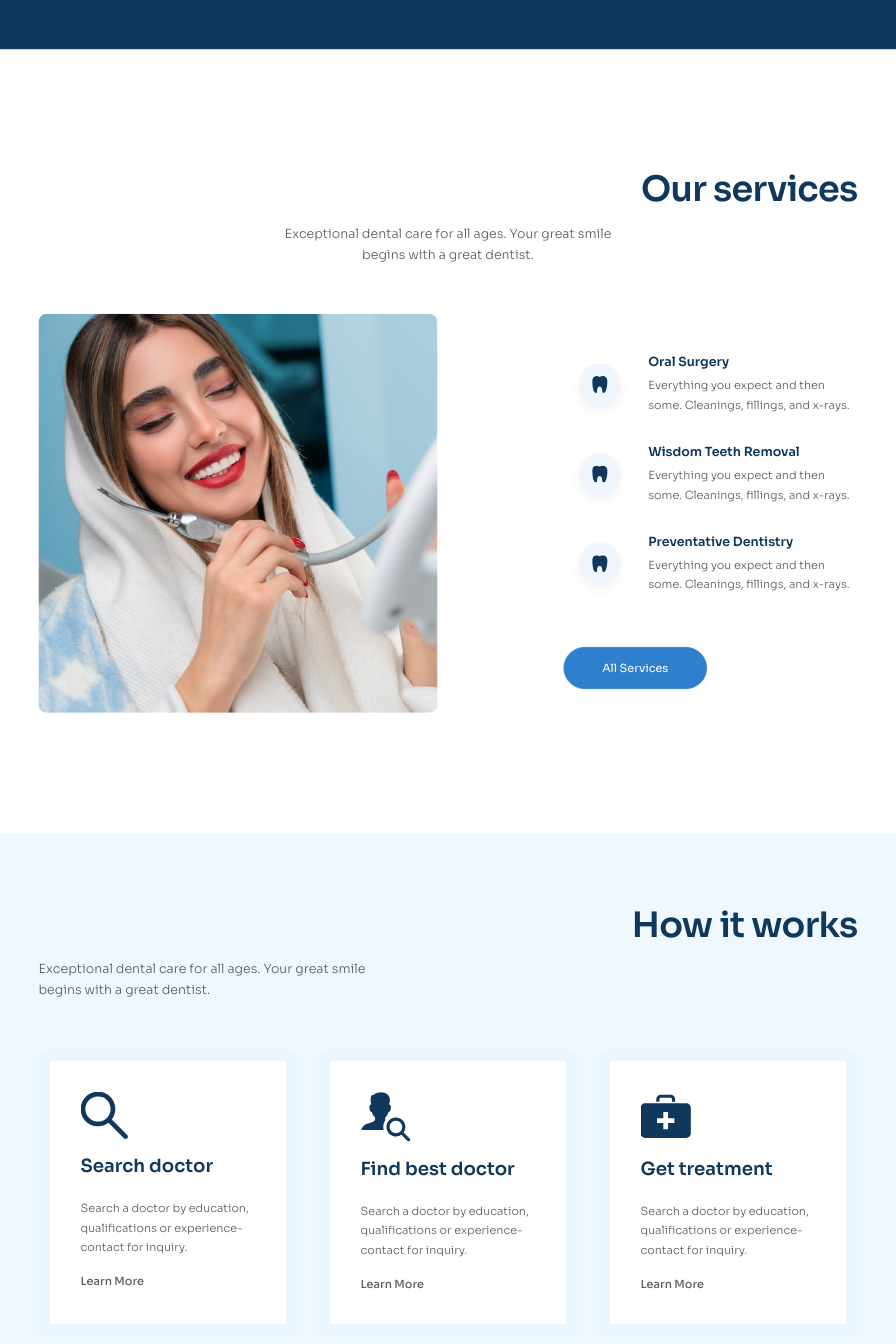
Repository: han2003dz/f8-project-03
Page: index.html
These files come from the project's save history. The page is drawn as it stood at one moment and after the next save; the edit follows.
The browser window is 1280 px wide. The pictures show the part of the page from y = 695 to 2615 px (the page is 6000 px tall), at 70% of full size.

Above is the page before, as saved 2023-05-06 21:56:29.

### index.html
<!DOCTYPE html>
<html lang="en">

<head>
    <meta charset="UTF-8">
    <meta http-equiv="X-UA-Compatible" content="IE=edge">
    <meta name="viewport" content="width=device-width, initial-scale=1.0">
    <title>Shine Smile</title>
    <!-- favicon -->
    <link rel="apple-touch-icon" sizes="57x57" href="./assets/favicon/apple-icon-57x57.png">
    <link rel="apple-touch-icon" sizes="60x60" href="./assets/favicon/apple-icon-60x60.png">
    <link rel="apple-touch-icon" sizes="72x72" href="./assets/favicon/apple-icon-72x72.png">
    <link rel="apple-touch-icon" sizes="76x76" href="./assets/favicon/apple-icon-76x76.png">
    <link rel="apple-touch-icon" sizes="114x114" href="./assets/favicon/apple-icon-114x114.png">
    <link rel="apple-touch-icon" sizes="120x120" href="./assets/favicon/apple-icon-120x120.png">
    <link rel="apple-touch-icon" sizes="144x144" href="./assets/favicon/apple-icon-144x144.png">
    <link rel="apple-touch-icon" sizes="152x152" href="./assets/favicon/apple-icon-152x152.png">
    <link rel="apple-touch-icon" sizes="180x180" href="./assets/favicon/apple-icon-180x180.png">
    <link rel="icon" type="image/png" sizes="192x192" href="./assets/favicon/android-icon-192x192.png">
    <link rel="icon" type="image/png" sizes="32x32" href="./assets/favicon/favicon-32x32.png">
    <link rel="icon" type="image/png" sizes="96x96" href="./assets/favicon/favicon-96x96.png">
    <link rel="icon" type="image/png" sizes="16x16" href="./assets/favicon/favicon-16x16.png">
    <link rel="manifest" href="./assets/favicon/manifest.json">
    <meta name="msapplication-TileColor" content="#ffffff">
    <meta name="msapplication-TileImage" content="./assets/favicon/ms-icon-144x144.png">
    <meta name="theme-color" content="#ffffff">
    <!-- embed font -->
    <link rel="preconnect" href="https://fonts.googleapis.com">
    <link rel="preconnect" href="https://fonts.gstatic.com" crossorigin>
    <link href="https://fonts.googleapis.com/css2?family=Sora:wght@300;400;500;600;700&display=swap" rel="stylesheet">
    <!-- my css -->
    <link rel="stylesheet" href="/assets/css/reset.css">
    <link rel="stylesheet" href="/assets/css/style.css">
</head>

<body style="height: 6000px;">
    <header class="header">
        <div class="container">
            <!-- nav -->
            <div class="navigation">
                <a href="#!">
                    <div class="logo">
                        <span class="logo__circle"></span>
                        <span class="logo__text">
                            <span class="logo__brand">shine</span>
                            <span class="logo__brand logo__brand--small">smile</span>
                        </span>
                    </div>
                </a>
                <nav class="navbar">
                    <ul class="nav__list">
                        <li class="nav__item">
                            <a href="#!" class="nav__link nav__link--active">Home</a>
                        </li>
                        <li class="nav__item">
                            <a href="#!" class="nav__link">Services</a>
                        </li>
                        <li class="nav__item">
                            <a href="#!" class="nav__link">About</a>
                        </li>
                        <li class="nav__item">
                            <a href="#!" class="nav__link">Doctors</a>
                        </li>
                    </ul>
                </nav>
                <!-- action -->
                <div class="header-action">
                    <a href="#!" class="header-action__login">Log In</a>
                    <button href="#!" class="header-action__sign-up btn">Sign Up</button>
                </div>
            </div>
            <!-- hero -->
            <section class="hero">
                <!-- hero content -->
                <div class="hero__content">
                    <h1 class="hero__heading">Exceptional dental care for all ages.</h1>
                    <p class="hero__desc">Exceptional dental care for all ages. Your great smile begins with a great
                        dentist.</p>
                    <div class="hero__row">
                        <a href="#!" class="btn hero__btn">Book Online</a>
                        <span class="hero__phone">or call (123) 456-7890</span>
                    </div>
                </div>
                <div class="hero__media">
                    <figure class="hero__images">
                        <img src="./assets/img/img1__hero.jpg" alt="" class="hero__img">
                        <img src="./assets/img/img2__hero.jpg" alt="" class="hero__img">
                    </figure>
                </div>

            </section>
        </div>
    </header>
    <main>
        <!-- service -->
        <div class="service">
            <div class="container">
                <h2 class="section-heading">Our services</h2>
                <p class="section-desc">Exceptional dental care for all ages. Your great smile begins with a great
                    dentist.</p>
                <div class="service__row">
                    <figure>
                        <img src="./assets/img/service-img3.jpg" alt="" class="service__img">
                    </figure>
                    <div>
                        <div class="service__list">
                            <!-- item 1 -->
                            <section class="service-item">
                                <div class="service-item__icon">
                                    <!-- icon -->
                                    <svg width="22" height="24" viewBox="0 0 22 24" fill="none"
                                        xmlns="http://www.w3.org/2000/svg">
                                        <path
                                            d="M20.3598 2.63964C17.9506 -0.556131 14.2772 -0.568132 11.2481 1.10682C11.001 1.24657 10.7219 1.31411 10.4406 1.30222C10.1592 1.29033 9.88633 1.19945 9.65105 1.03931C8.49552 0.245717 7.29036 -0.316477 5.13904 0.207462C0.623408 1.3071 0 4.90379 0 8.99816C0.0797353 12.1602 0.500857 15.3032 1.25551 18.3683C2.11836 22.0168 3.90382 24 5.43354 24C6.96326 24 7.00963 22.2204 7.00963 20.8016C7.00963 19.2009 7.39505 14.8009 10.8642 14.8009C13.5317 14.8009 14.3333 18.4013 14.3333 20.8016C14.3329 23.095 15.1722 24 16.6628 24C19.5267 24 20.9796 15.3938 21.3719 13.1237C21.7642 10.8535 22.9882 6.12569 20.3598 2.63964Z"
                                            fill="currentColor" />
                                    </svg>
                                </div>
                                <div class="service-item__body">
                                    <h3 class="service-item__heading">Oral Surgery</h3>
                                    <p class="service-item__desc">
                                        Everything you expect and then some. Cleanings, fillings, and x-rays.
                                    </p>
                                </div>
                            </section>
                            <!-- item 2 -->
                            <section class="service-item">
                                <div class="service-item__icon">
                                    <!-- icon -->
                                    <svg width="22" height="24" viewBox="0 0 22 24" fill="none"
                                        xmlns="http://www.w3.org/2000/svg">
                                        <path
                                            d="M20.3598 2.63964C17.9506 -0.556131 14.2772 -0.568132 11.2481 1.10682C11.001 1.24657 10.7219 1.31411 10.4406 1.30222C10.1592 1.29033 9.88633 1.19945 9.65105 1.03931C8.49552 0.245717 7.29036 -0.316477 5.13904 0.207462C0.623408 1.3071 0 4.90379 0 8.99816C0.0797353 12.1602 0.500857 15.3032 1.25551 18.3683C2.11836 22.0168 3.90382 24 5.43354 24C6.96326 24 7.00963 22.2204 7.00963 20.8016C7.00963 19.2009 7.39505 14.8009 10.8642 14.8009C13.5317 14.8009 14.3333 18.4013 14.3333 20.8016C14.3329 23.095 15.1722 24 16.6628 24C19.5267 24 20.9796 15.3938 21.3719 13.1237C21.7642 10.8535 22.9882 6.12569 20.3598 2.63964Z"
                                            fill="currentColor" />
                                    </svg>
                                </div>
                                <div class="service-item__body">
                                    <h3 class="service-item__heading">Wisdom Teeth Removal</h3>
                                    <p class="service-item__desc">
                                        Everything you expect and then some. Cleanings, fillings, and x-rays.
                                    </p>
                                </div>
                            </section>
                            <!-- item 3 -->
                            <section class="service-item">
                                <div class="service-item__icon">
                                    <!-- icon -->
                                    <svg width="22" height="24" viewBox="0 0 22 24" fill="none"
                                        xmlns="http://www.w3.org/2000/svg">
                                        <path
                                            d="M20.3598 2.63964C17.9506 -0.556131 14.2772 -0.568132 11.2481 1.10682C11.001 1.24657 10.7219 1.31411 10.4406 1.30222C10.1592 1.29033 9.88633 1.19945 9.65105 1.03931C8.49552 0.245717 7.29036 -0.316477 5.13904 0.207462C0.623408 1.3071 0 4.90379 0 8.99816C0.0797353 12.1602 0.500857 15.3032 1.25551 18.3683C2.11836 22.0168 3.90382 24 5.43354 24C6.96326 24 7.00963 22.2204 7.00963 20.8016C7.00963 19.2009 7.39505 14.8009 10.8642 14.8009C13.5317 14.8009 14.3333 18.4013 14.3333 20.8016C14.3329 23.095 15.1722 24 16.6628 24C19.5267 24 20.9796 15.3938 21.3719 13.1237C21.7642 10.8535 22.9882 6.12569 20.3598 2.63964Z"
                                            fill="currentColor" />
                                    </svg>
                                </div>
                                <div class="service-item__body">
                                    <h3 class="service-item__heading">Preventative Dentistry</h3>
                                    <p class="service-item__desc">
                                        Everything you expect and then some. Cleanings, fillings, and x-rays.
                                    </p>
                                </div>
                            </section>
                        </div>
                        <a href="" class="btn service__btn">All Services</a>
                    </div>
                </div>
            </div>
        </div>
        <section class="work">
            <div class="container">
                <h2 class="section-heading heading__work">How it works</h2>
                <p class="section-desc desc__work">Exceptional dental care for all ages. Your great smile begins with a
                    great dentist.
                </p>
                <div class="work__list">
                    <!-- item 1 -->
                    <section class="work-item">
                        <img src="./assets/icon/search.svg" alt="" class="work-item__icon">
                        <h3 class="work-item__heading">Search doctor</h3>
                        <p class="work-item__desc">Search a doctor by education, qualifications or experience-contact
                            for inquiry.
                        </p>
                        <a href="#!" class="learn-more">Learn More</a>
                    </section>
                    <!-- item 2 -->
                    <section class="work-item">
                        <img src="./assets/icon/search-user.svg" alt="" class="work-item__icon">
                        <h3 class="work-item__heading">Find best doctor</h3>
                        <p class="work-item__desc">Search a doctor by education, qualifications or experience-contact
                            for inquiry.
                        </p>
                        <a href="#!" class="learn-more">Learn More</a>
                    </section>
                    <!-- item 3 -->
                    <section class="work-item">
                        <img src="./assets/icon/bag.svg" alt="" class="work-item__icon">
                        <h3 class="work-item__heading">Get treatment</h3>
                        <p class="work-item__desc">Search a doctor by education, qualifications or experience-contact
                            for inquiry.
                        </p>
                        <a href="#!" class="learn-more">Learn More</a>
                    </section>
                </div>
            </div>
        </section>
        <!-- feature -->
        <section class="feature">
            <div class="container">
                <div class="feature-body">
                    <div class="feature__media">
                        <figure class="feature__images">
                            <img src="./assets/img/feature-img1.jpg" alt="" class="feature__img">
                            <img src="./assets/img/feature-img2.jpg" alt="" class="feature__img">
                        </figure>
                    </div>
                    <section class="feature__content">
                        <h2 class="section-heading">Take back your smile with shine.</h2>
                        <p class="section-desc">If you’re missing multiple teeth due to decay, injury, or the natural aging
                            process, dentures might be the perfect solution.
                        </p>
                        <a href="#!" class="btn">Learn More</a>
                    </section>
                </div>
            </div>
        </section>
    </main>
    <script src="./assets/app.js"></script>
</body>

</html>

### assets/css/style.css
* {
  box-sizing: border-box;
}
html {
  font-size: 62.5%;
}
body {
  font-size: 1.6rem;
  font-family: "Sora", sans-serif;
}
/* common */
.container {
  width: 1170px;
  max-width: calc(100% - 48px);
  margin: 0 auto;
}
.navigation {
  display: flex;
  justify-content: space-between;
  align-items: center;
}
a {
  text-decoration: none;
}
:root {
  --header-bg: #10375c;
  --primary-color: #2e80ce;
  --height-btn: 60px;
}
.nav__link,
.header-action__login {
  padding: 5px 14px;
  font-size: 1.6rem;
  font-weight: 300;
  color: #c9d2da;
}
.header-action__login:hover,
.nav__link:hover,
.nav__link--active {
  text-shadow: 1px 0 0 #fff;
}
.btn {
  display: inline-block;
  min-width: 205px;
  height: var(--height-btn);
  padding: 0 20px;
  border: 1px solid var(--primary-color);
  line-height: var(--height-btn);
  border-radius: 999px;
  font-weight: 400;
  font-size: 1.6rem;
  text-align: center;
  color: #fff;
  background: var(--primary-color);
}
.btn:hover {
  opacity: 0.9;
  cursor: pointer;
}
/* header */
.header {
  padding-top: 30px;
  padding-bottom: 100px;
  min-height: 100vh;
  background: var(--header-bg);
}

.logo {
  /* 1em = 10px */
  font-size: 1rem;
  position: relative;
  display: inline-flex;
  align-items: center;
}
.logo__circle::before,
.logo__circle::after {
  display: inline-block;
  content: "";
  border-radius: 50%;
}
.logo__circle::before {
  width: 3em;
  height: 3em;
  background: var(--primary-color);
}
.logo__circle::after {
  width: 1.6em;
  height: 1.6em;
  background: #fff;
  position: absolute;
  top: 1.1em;
  left: 1.1em;
}
.logo__text {
  margin-left: 0.6em;
  text-align: right;
  line-height: 1.6em;
}
.logo__brand {
  display: block;
  font-weight: 400;
  font-size: 1.8em;
  color: #fff;
}
.logo__brand--small {
  font-size: 1.2em;
  font-weight: 300;
}
/* navbar */
.navbar .nav__list {
  display: flex;
}
.nav__link {
  padding: 5px 21px;
}
.nav__link--active {
  pointer-events: none;
}
.nav__link--active::before {
  position: relative;
  left: -8px;
  bottom: 2px;
  content: "";
  display: inline-block;
  width: 6px;
  height: 6px;
  background: #fff;
  border-radius: 50%;
}
/* header-action */
.header-action {
  display: flex;
  align-items: center;
}
.header-action__login {
  margin-right: 7px;
}
.header-action__sign-up {
  min-width: 120px;
}
/* hero */
.hero {
  display: flex;
  margin-top: 76px;
  align-items: center;
}
.hero__content {
  /* giải quyết vấn đề co nhỏ */
  flex-shrink: 0;
  width: 44%;
}
.hero__media {
  flex-grow: 1;
}
.hero__heading {
  font-weight: 600;
  font-size: 7rem;
  line-height: 1.14;
  /* or 114% */
  letter-spacing: -0.02em;
  color: #ffffff;
}
.hero__desc {
  font-weight: 300;
  font-size: 1.8rem;
  line-height: 1.67;
  /* or 167% */
  color: #c9d2da;
  margin-top: 22px;
  margin-bottom: 38px;
}
.hero__phone {
  font-weight: 400;
  font-size: 1.8rem;
  line-height: 1.67;
  color: #fff;
}
.hero__row {
  display: flex;
  align-items: center;
  gap: 38px;
}
.hero__images {
  display: flex;
  align-items: center;
  justify-content: flex-end;
}
.hero__img {
  width: 330px;
  height: 500px;
  border-radius: 6px;
  object-fit: cover;
}
.hero__img:last-child {
  width: 210px;
  height: 400px;
}
/* service */
.service {
  padding: 170px 0;
}
.section-heading,
.section-desc {
  text-align: center;
}
.section-heading {
  font-weight: 600;
  font-size: 5rem;
  line-height: 1.2;
  /* identical to box height, or 120% */
  letter-spacing: -0.02em;
  color: #10375c;
  margin-bottom: 18px;
}
.section-desc {
  font-weight: 300;
  font-size: 1.8rem;
  line-height: 1.67;
  /* or 167% */
  margin: 0 auto;
  color: #575f66;
  max-width: 468px;
}
.service__row {
  margin-top: 70px;
  display: flex;
  justify-content: space-between;
  align-items: center;
}
.service__img {
  width: 570px;
  height: 570px;
  object-fit: cover;
  border-radius: 12px;
}
.service-item {
  display: flex;
  max-width: 420px;
  height: 128px;
  background: #ffffff;
  border-radius: 10px;
  align-items: center;
}
.service-item:hover {
  box-shadow: 0px 14px 28px rgba(0, 0, 0, 0.05);
  border-radius: 10px;
  cursor: pointer;
  position: relative;
}
.service-item:hover .service-item__icon {
  background: #2e80ce;
  box-shadow: 0px 8px 16px rgba(40, 155, 222, 0.15);
  color: #fff;
}
.service-item__heading {
  font-weight: 600;
  font-size: 1.8rem;
  line-height: 1.27;
  /* identical to box height */
  color: #10375c;
  margin-bottom: 8px;
}
.service-item__desc {
  font-weight: 300;
  font-size: 1.6rem;
  line-height: 1.75;
  /* or 175% */
  color: #575f66;
  max-width: 308px;
}
.service-item__icon {
  display: flex;
  justify-content: center;
  align-items: center;
  margin-right: 19px;
  margin-left: 22px;
  flex-shrink: 0;
  width: 60px;
  height: 60px;
  border-radius: 50%;
  background: #eff6fd;
  box-shadow: 0px 8px 16px rgba(0, 0, 0, 0.05);
  color: #10375c;
}
.service-item__body {
  margin-left: 20px;
}
.service__btn {
  margin-top: 55px;
}
/* work */
.work {
  padding: 100px 0;
  background: #f0f8ff;
}
.heading__work,
.desc__work {
  text-align: left;
  margin: 0;
}
.desc__work {
  margin-top: 18px;
}
.work__list {
  display: grid;
  grid-template-columns: repeat(3, 1fr);
  margin-top: 70px;
  column-gap: 30px;
}
.work-item {
  padding: 44px;
  border-radius: 12px;
  border: 16px solid #eaf6ff;
  background: #fff;
  transition: 0.25s;
}
.work-item:hover {
  border: 16px solid var(--primary-color);
  transform: translateY(-16px);
}
.work-item__heading {
  margin-top: 18px;
  font-weight: 600;
  font-size: 2.6rem;
  line-height: 1.38;
  /* identical to box height, or 138% */
  color: var(--header-bg);
}
.work-item__desc,
.learn-more {
  margin-top: 28px;
  font-weight: 300;
  font-size: 16px;
  line-height: 28px;
  /* or 175% */
  color: #575f66;
}
.learn-more {
  display: inline-block;
  margin-top: 20px;
  font-weight: 500;
}
.learn-more:hover {
  font-weight: 600;
  color: #2e80ce;
  transition: 0.2s;
  transform: translateY(-3px);
}

/* feature */
.feature {
  margin-top: 85px;
  padding: 85px 0;
}
.feature-body {
  display: flex;
  gap: 130px;
}
.feature__media {
  width: 48%;
}
.feature__images {
  position: relative;
  padding-bottom: 121px;
}
.feature__img {
  width: 512px;
  height: 370px;
  border-radius: 6px;
  object-fit: cover;
}
.feature__img:last-child {
  width: 332px;
  position: absolute;
  right: 0;
  bottom: 0;
}
.section-heading {
  font-size: 5rem;
  line-height: 1.2;
  text-align: right;
}

### assets/app.js
const navItems = document.querySelectorAll(".nav__link");
function handleClickNav(event){
    [...navItems].forEach(item => item.classList.remove("nav__link--active"));
    event.target.classList.add("nav__link--active");
    console.log(event.target);
}
[...navItems].forEach(item => item.addEventListener("click", handleClickNav));

Loaded but not shown: assets/css/reset.css (common file)

After the next save:
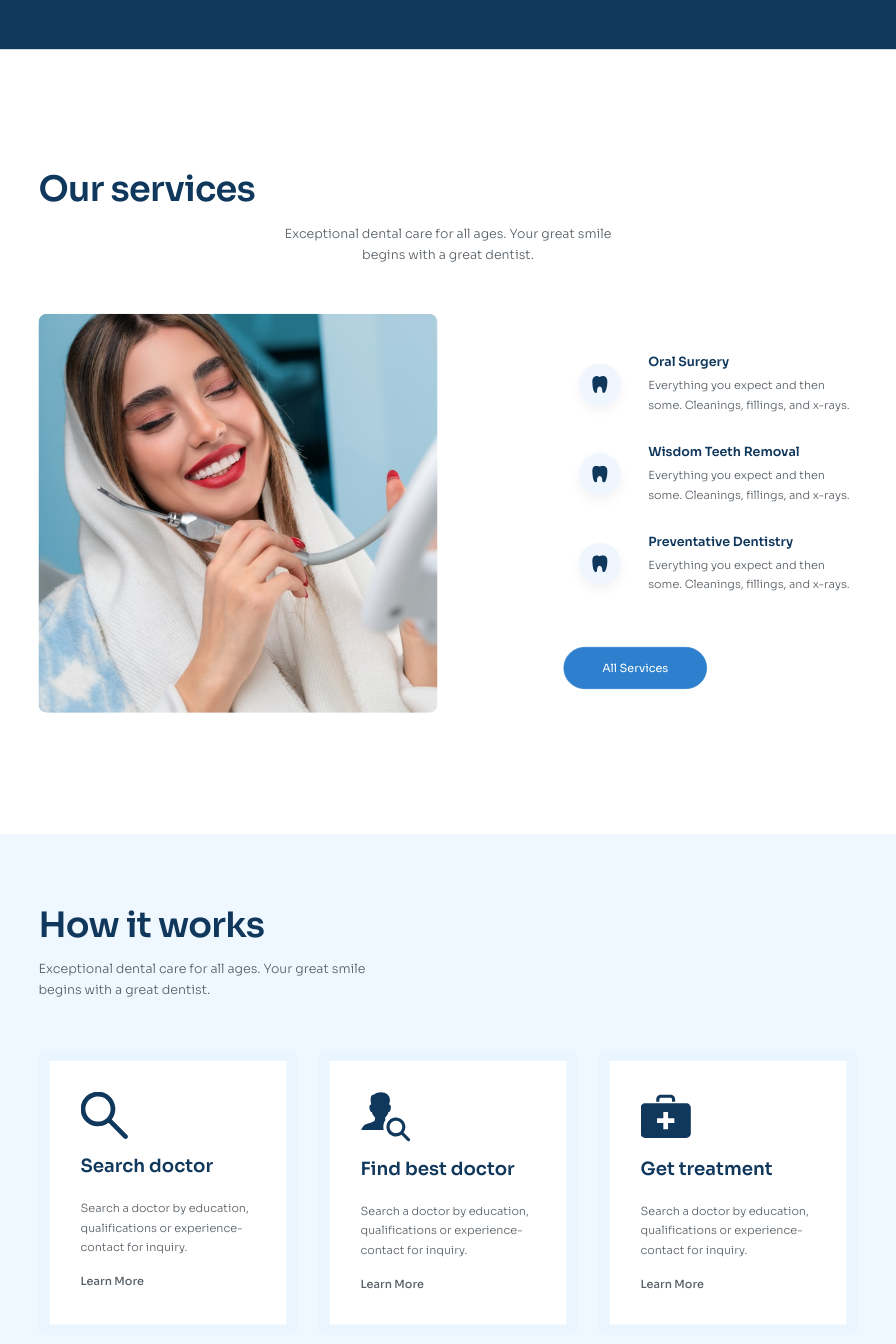
Saved 6 s later.
--- a/assets/css/style.css
+++ b/assets/css/style.css
@@ -378,5 +378,5 @@ a {
 .section-heading {
   font-size: 5rem;
   line-height: 1.2;
-  text-align: right;
-}
+  text-align: left;
+}
